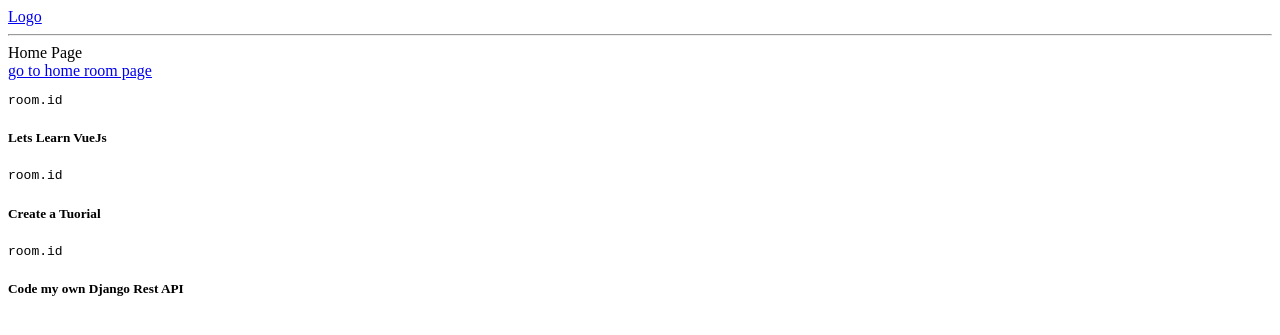
Repository: feyroozecode/studybud_django_app
Page: http://localhost/
An editor plug-in stored every save of this project. The page is shown before and after a run of saves, followed by the edit.
The browser window is 1280 px wide. The pictures show the whole page.
The page is served by the project's application, run on Django 4.2 (manage.py). Other server files are loaded and not shown.

Above is the page before, as saved 2023-09-30 19:53:41.

### templates/home.html

{% extends 'main.html' %}

{% block content %}

<div>
    Home Page
    <br />
    <a href="/room"> go to home room page </a>

    <div>
        {% for room in rooms %}
            <div>
               <pre>room.id</pre> <h5> {{ room.name }} </h5>

            </div>

        {% endfor %}

    </div>

</div>

{% endblock content %}

### templates/main.html
<!DOCTYPE html>
<html lang="en">
<head>
    <meta charset="UTF-8">
    <meta name="viewport" content="width=device-width, initial-scale=1.0">
    <title>StudyBud</title>
</head>
<body>
    {% include 'navbar.html' %}
    {% block content %}

    {% endblock %}

</body>
</html>

### templates/navbar.html


<div>
    <a href="/"> Logo </a>

    <hr>
</div>

### base/views.py
from django.shortcuts import render
from django.http import HttpResponse


# Create your views here.
rooms = [
    { 'id': 1, 'name': 'Lets Learn VueJs' },
    { 'id': 2, 'name': 'Create a Tuorial' },
    { 'id': 3, 'name': 'Code my own Django Rest API' },
]

def home(request):
    return render(request, 'home.html', {'rooms': rooms})


def room(request):
    return render(request, 'room.html')

### studybud/urls.py
"""
URL configuration for studybud project.

The `urlpatterns` list routes URLs to views. For more information please see:
    https://docs.djangoproject.com/en/4.2/topics/http/urls/
Examples:
Function views
    1. Add an import:  from my_app import views
    2. Add a URL to urlpatterns:  path('', views.home, name='home')
Class-based views
    1. Add an import:  from other_app.views import Home
    2. Add a URL to urlpatterns:  path('', Home.as_view(), name='home')
Including another URLconf
    1. Import the include() function: from django.urls import include, path
    2. Add a URL to urlpatterns:  path('blog/', include('blog.urls'))
"""
from django.contrib import admin
from django.urls import path, include

BASE_APP_URL = 'base.urls'

urlpatterns = [
    path("admin/", admin.site.urls),
    path('', include(BASE_APP_URL))
]

### base/urls.py
from django.urls import path
from . import views

urlpatterns = [
    path('', views.home),
    path('room/', views.room, name="room")
]

After the next 2 saves:
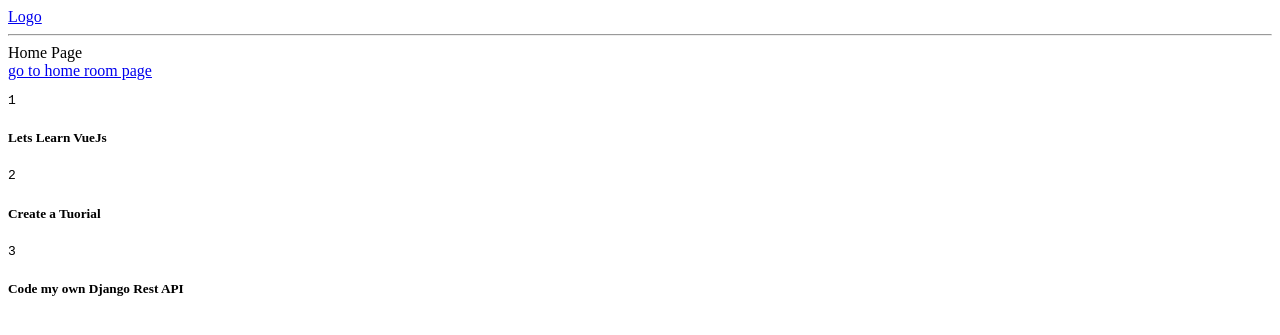
The 2 saves are shown as one change because they came seconds apart.
The last was saved 12 s later.
--- a/templates/home.html
+++ b/templates/home.html
@@ -11,7 +11,7 @@
     <div>
         {% for room in rooms %}
             <div>
-               <pre>room.id</pre> <h5> {{ room.name }} </h5>
+               <pre>{{ room.id }}</pre> <h5> {{ room.name }} </h5>
 
             </div>
 
